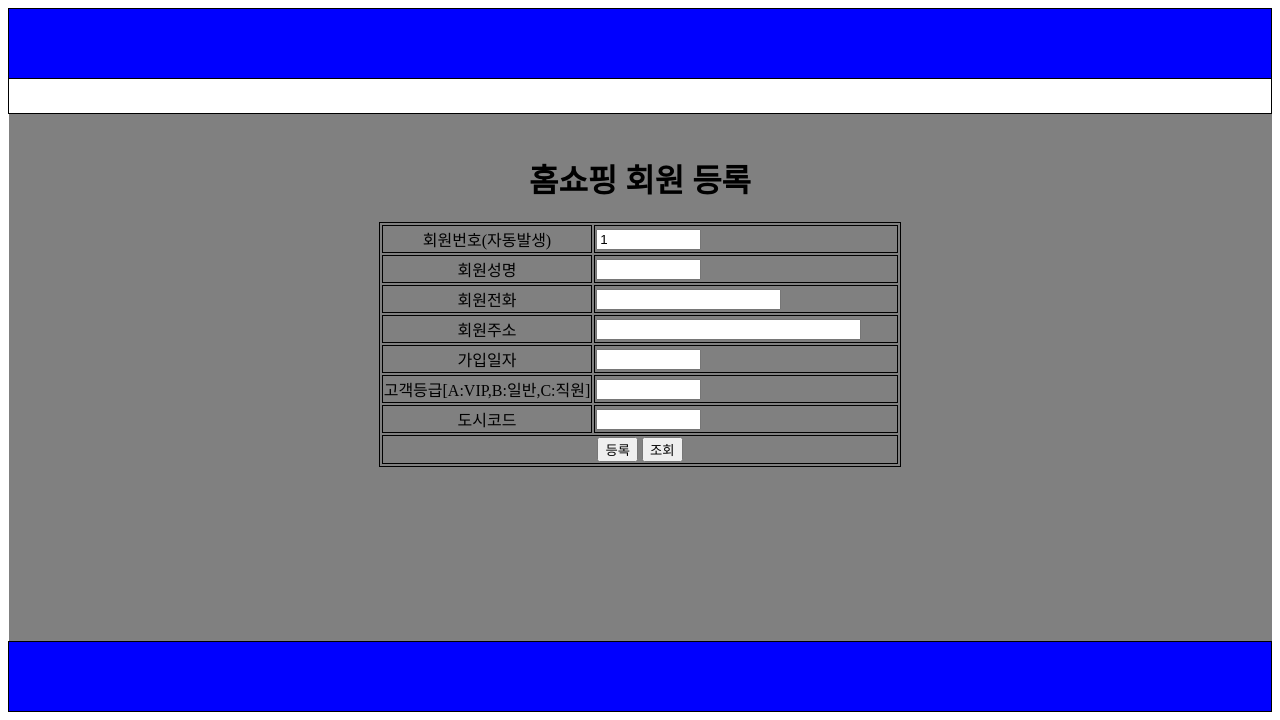
Repository: choigobin/Programming
Page: http://localhost/HRD1118/insert.jsp
The author's editor kept a copy of each file at every save. The page is drawn from the files as they stood at one save, then again after the next save.
The browser window is 1280 px wide. The pictures show the whole page.
The page is served by Tomcat 9. Queries for data that is not in the repository find no rows.

Above is the page before, as saved 2019-11-18 02:40:23.

After the next save:
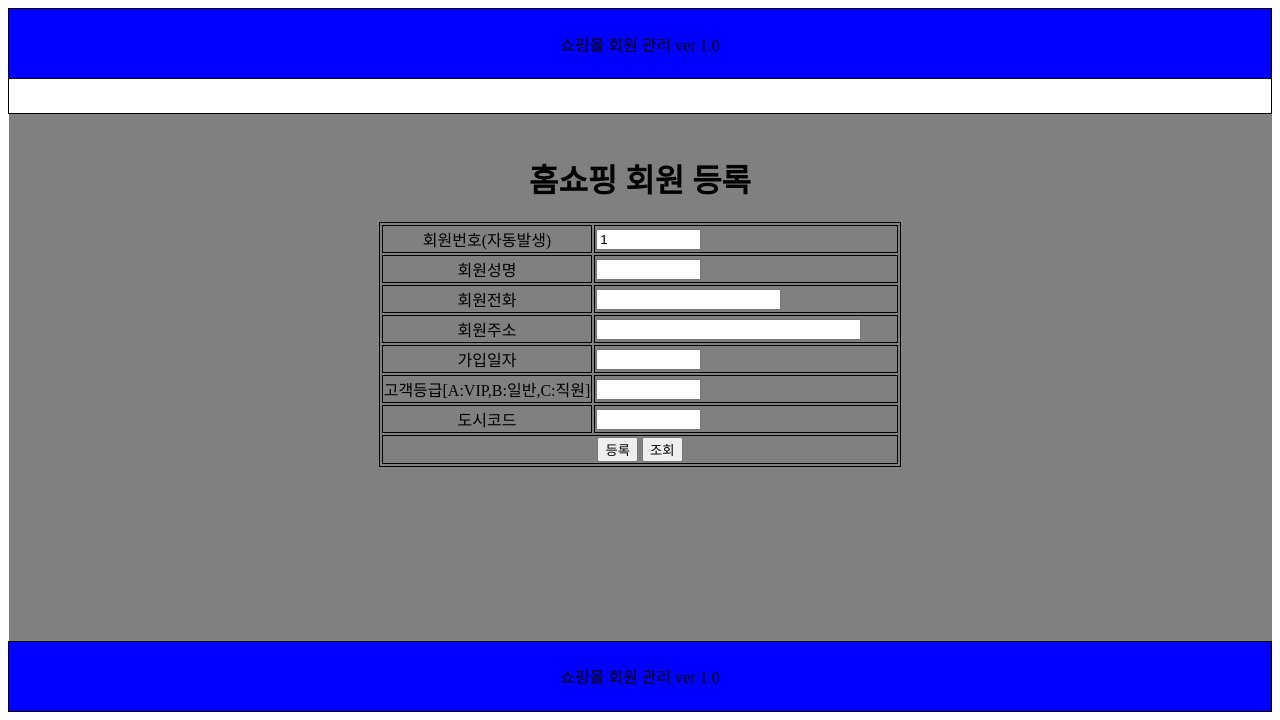
Saved 13 s later.
--- a/YangJung/workspace/HRD1118/WebContent/header.jsp
+++ b/YangJung/workspace/HRD1118/WebContent/header.jsp
@@ -2,6 +2,6 @@
     pageEncoding="UTF-8"%>
 <tr height="10%">
 <td bgcolor="blue" align="center">
-
+쇼핑몰 회원 관리 ver 1.0
 </td>
 </tr>
--- a/YangJung/workspace/HRD1118/WebContent/footer.jsp
+++ b/YangJung/workspace/HRD1118/WebContent/footer.jsp
@@ -2,6 +2,6 @@
     pageEncoding="UTF-8"%>
 <tr height="10%">
 <td bgcolor="blue" align="center">
-
+쇼핑몰 회원 관리 ver 1.0
 </td>
 </tr>
